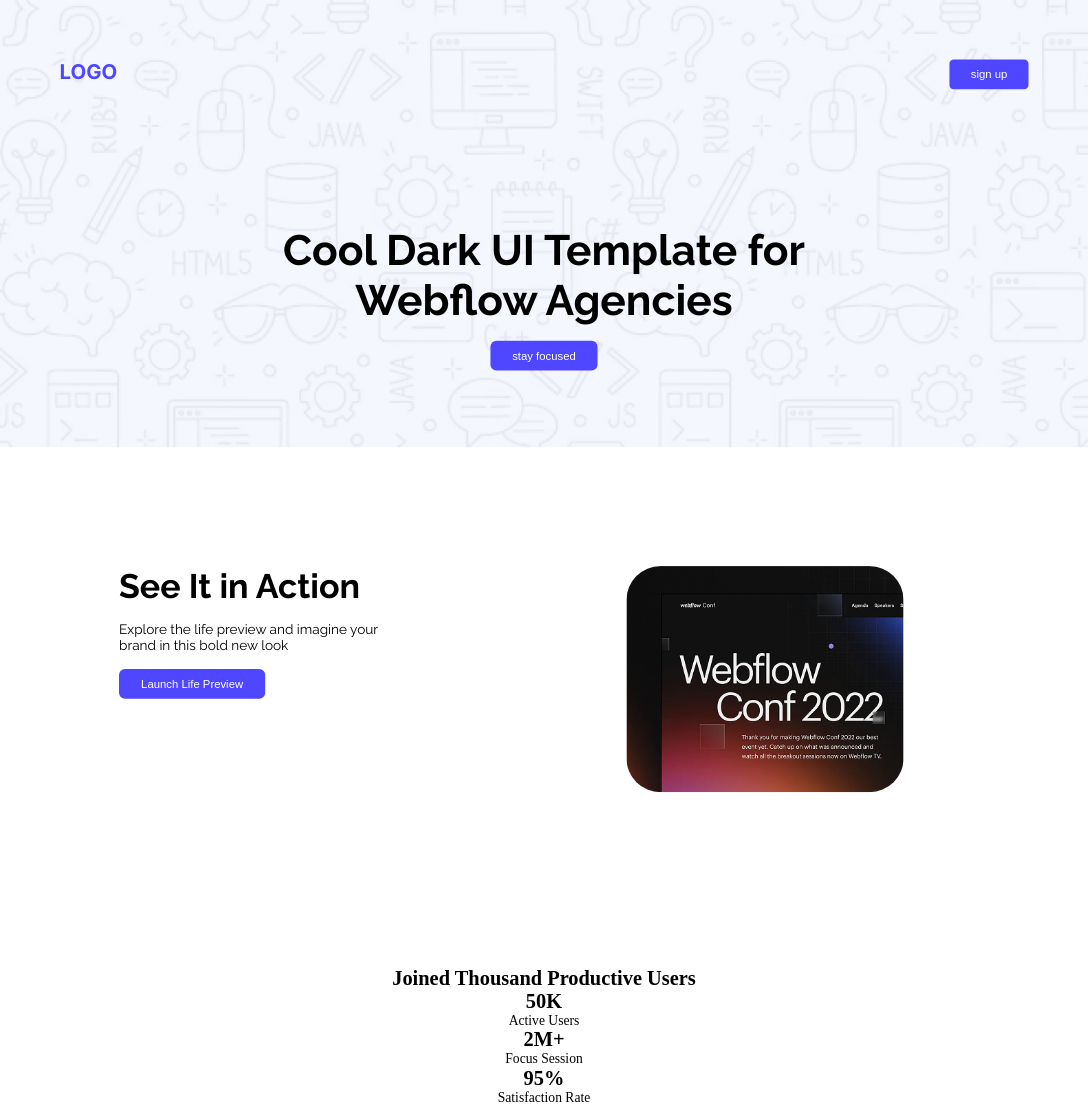
Repository: dollyrakhe22/landing-launchpad
Page: index.html
These files come from the project's save history. The page is drawn as it stood at one moment and after the next save; the edit follows.
The browser window is 1280 px wide. The pictures show the whole page, at 85% of full size.

Above is the page before, as saved 2025-07-11 01:41:03.

After the next save:
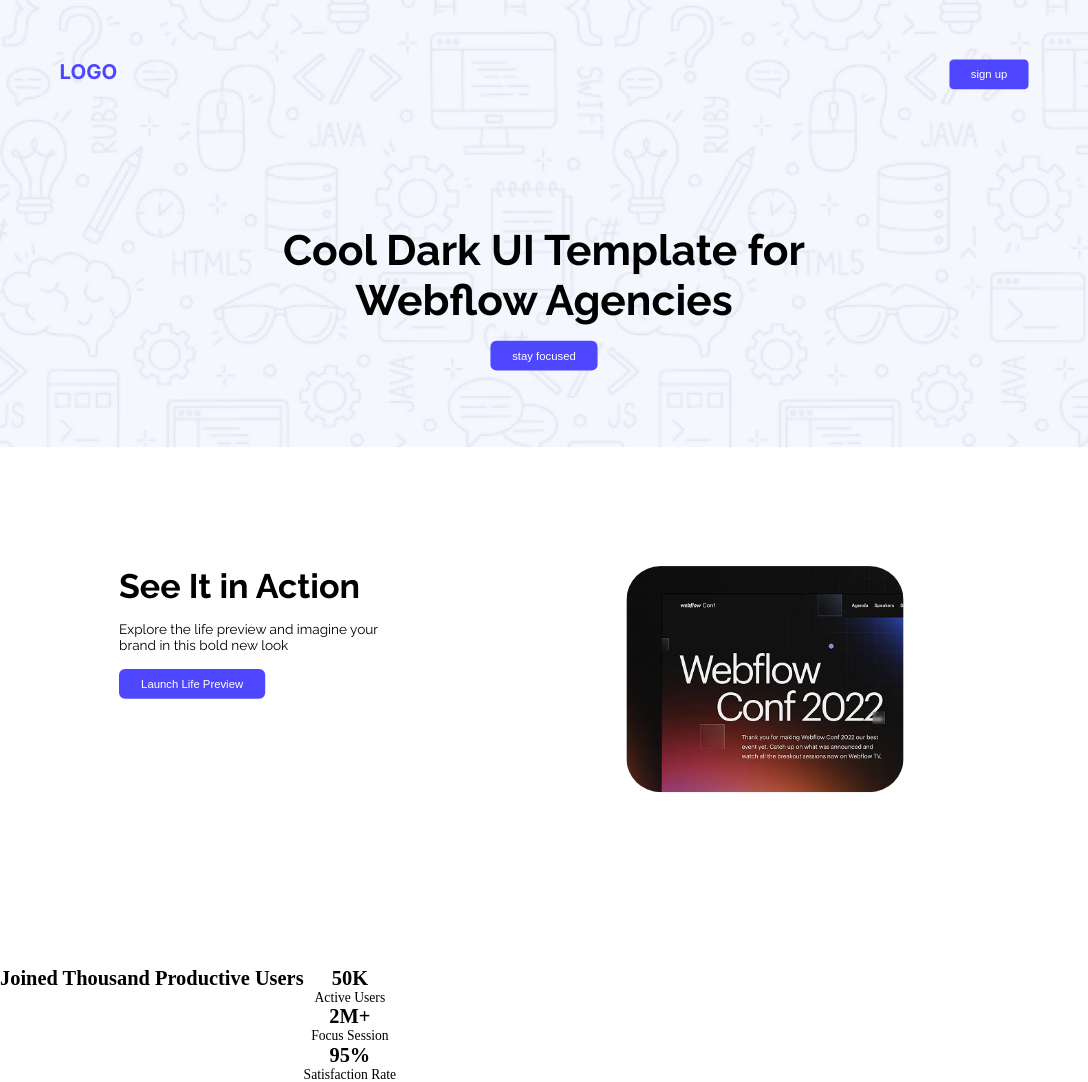
Saved 2 min 17 s later.
--- a/index.html
+++ b/index.html
@@ -38,7 +38,8 @@
            <!--Users-Section-->
            <section class="users-container">
             <h1>Joined Thousand Productive Users</h1>
-            <div>
+            <div class="container">
+                 <div>
                 <h1>50K</h1>
                 <p>Active Users</p>
             </div>
@@ -50,6 +51,8 @@
                 <h1>95%</h1>
                 <p>Satisfaction Rate</p>
             </div>
+            </div>
+
 
 
 
--- a/style.css
+++ b/style.css
@@ -82,4 +82,5 @@
 .users-container{
 
     text-align: center;
+    display: flex;
 }
